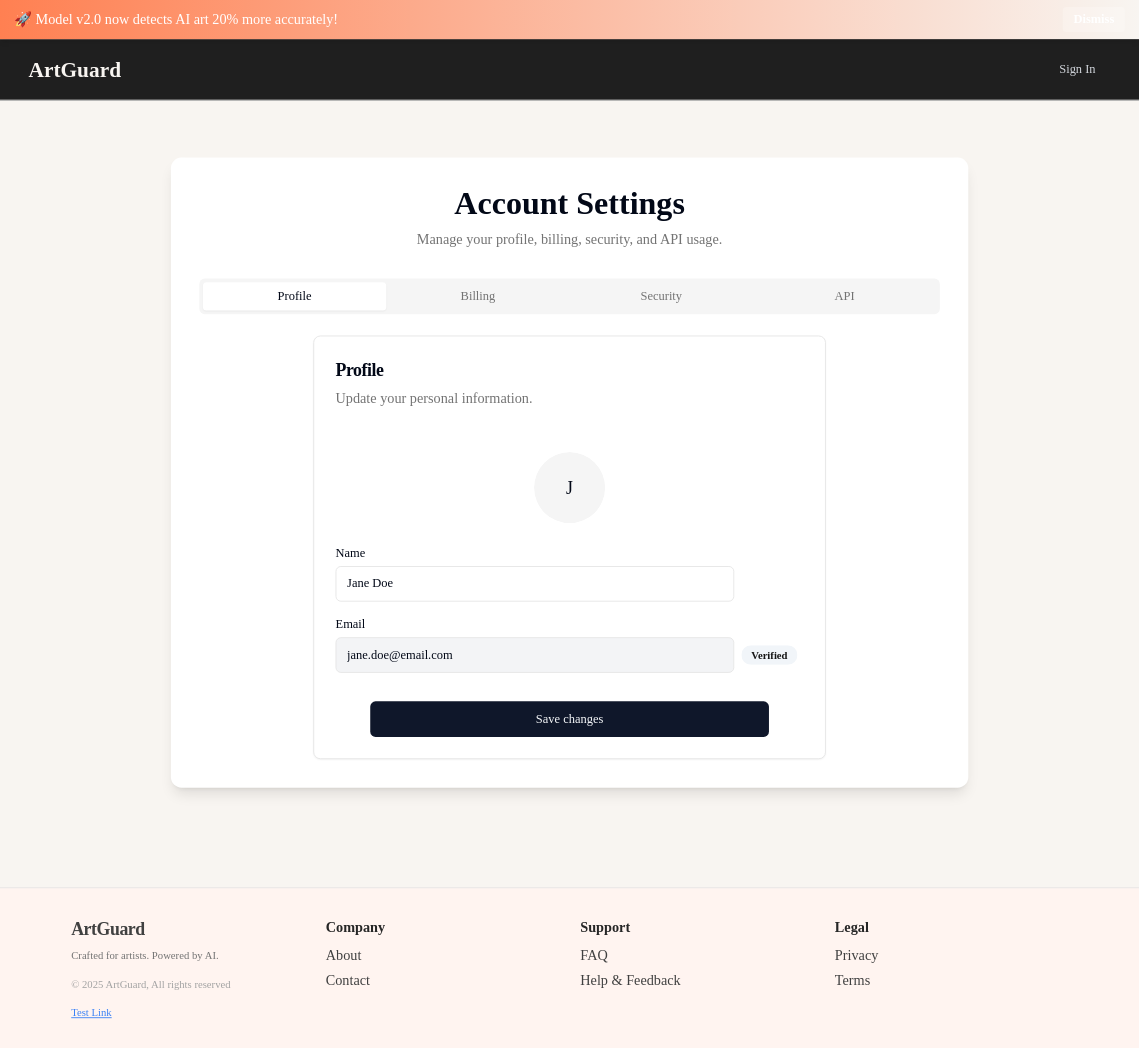
Repository: Arunkumar158/artguard
Page: /account
An editor plug-in stored every save of this project. The page is shown before and after the next save, followed by the edit.
The browser window is 1280 px wide. The pictures show the whole page, at 89% of full size.
The project was rebuilt for these pictures with package versions that can differ from the ones it lists, and the page was loaded fresh each time. Also part of the build but not shown: vite.config.ts, src/components/ui/label.tsx, src/components/ui/form.tsx, src/components/ui/alert-dialog.tsx, src/components/auth/AuthForm.tsx, src/pages/Auth.tsx, src/components/ui/switch.tsx, src/components/ui/dialog.tsx and 20 more.

Above is the page before, as saved 2025-07-14 09:43:33.

After the next save:
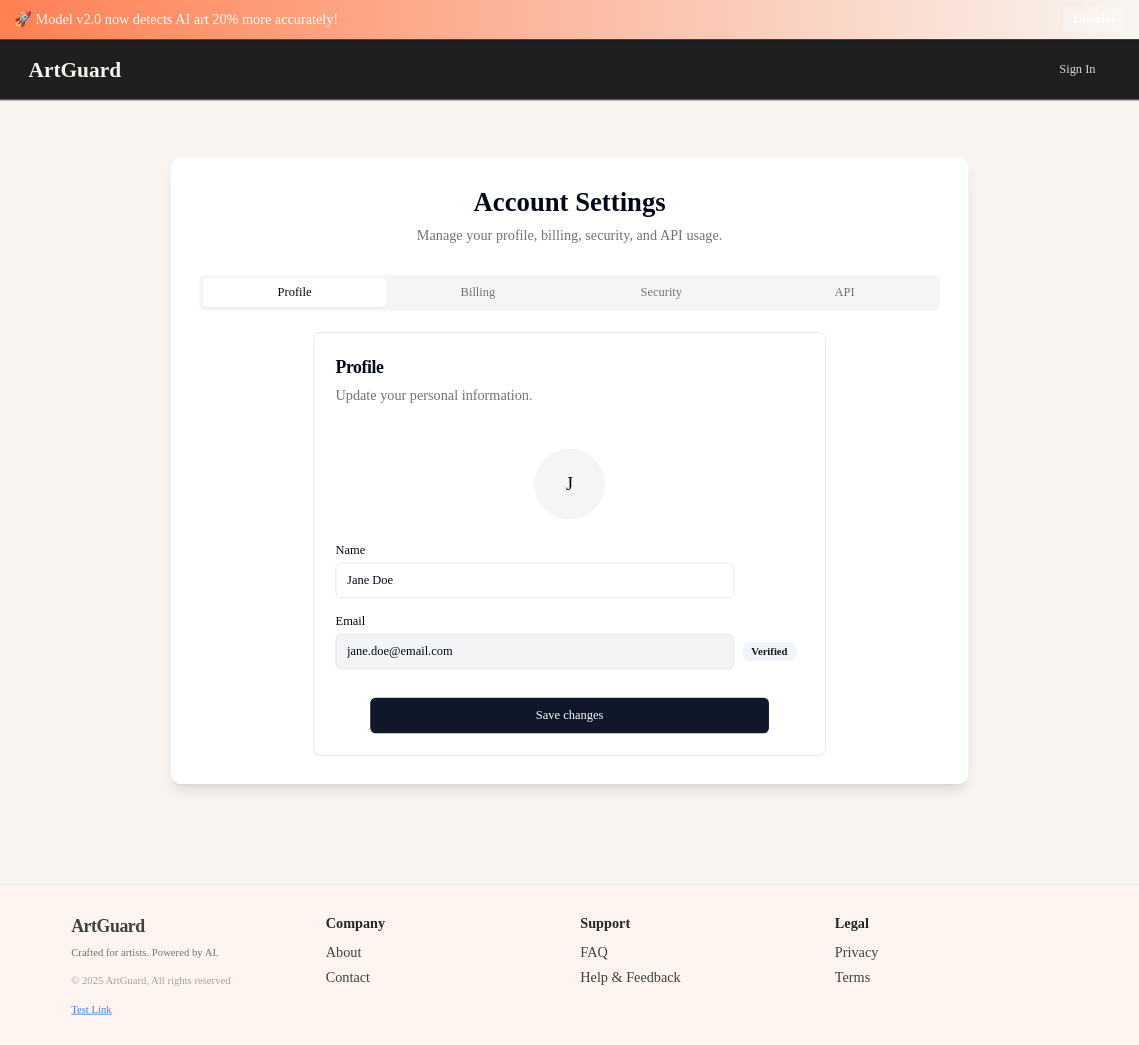
Saved 5 s later.
--- a/src/pages/Account.tsx
+++ b/src/pages/Account.tsx
@@ -87,7 +87,7 @@
   return (
     <div className="max-w-4xl mx-auto w-full bg-white rounded-xl shadow-lg p-4 sm:p-6 lg:p-8 mt-4 mb-8 flex flex-col items-center">
       <div className="w-full text-center mb-6 sm:mb-8">
-        <h1 className="text-2xl sm:text-3xl lg:text-4xl font-bold">Account Settings</h1>
+        <h1 className="text-xl sm:text-2xl md:text-3xl font-bold text-foreground">Account Settings</h1>
         <p className="text-sm sm:text-base text-muted-foreground mt-2">Manage your profile, billing, security, and API usage.</p>
       </div>
       <Tabs defaultValue="profile" className="w-full">
